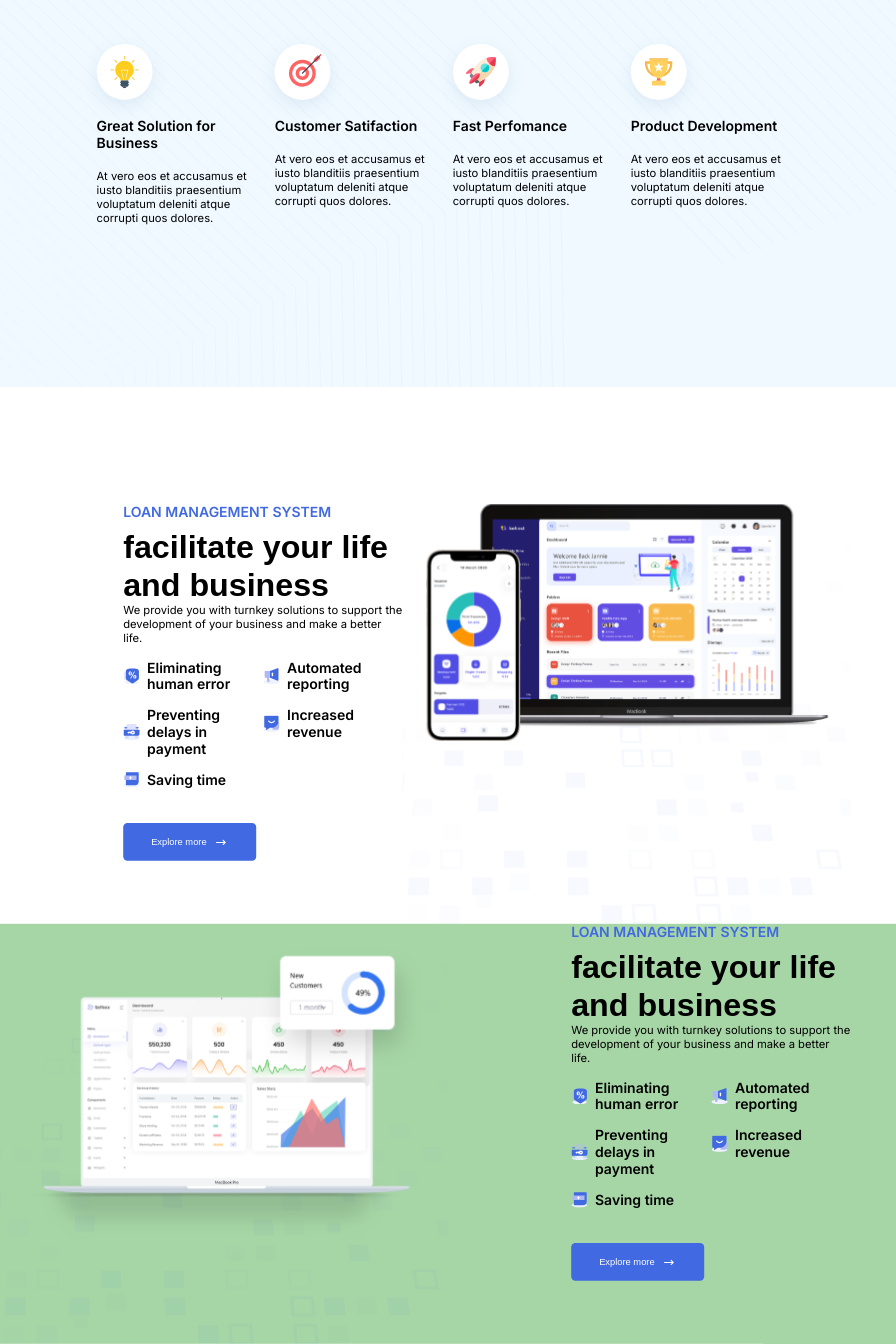
Repository: Chamsmey/static-html-css
Page: index.html
These files come from the project's save history. The page is drawn as it stood at one moment and after a run of saves; the edit follows.
The browser window is 1280 px wide. The pictures show the part of the page from y = 1114 to 3034 px (the page is 3034 px tall), at 70% of full size.
Some web fonts or font styles are not loaded; a fallback is used.

Above is the page before, as saved 2022-11-15 16:50:02.

After the next 2 saves:
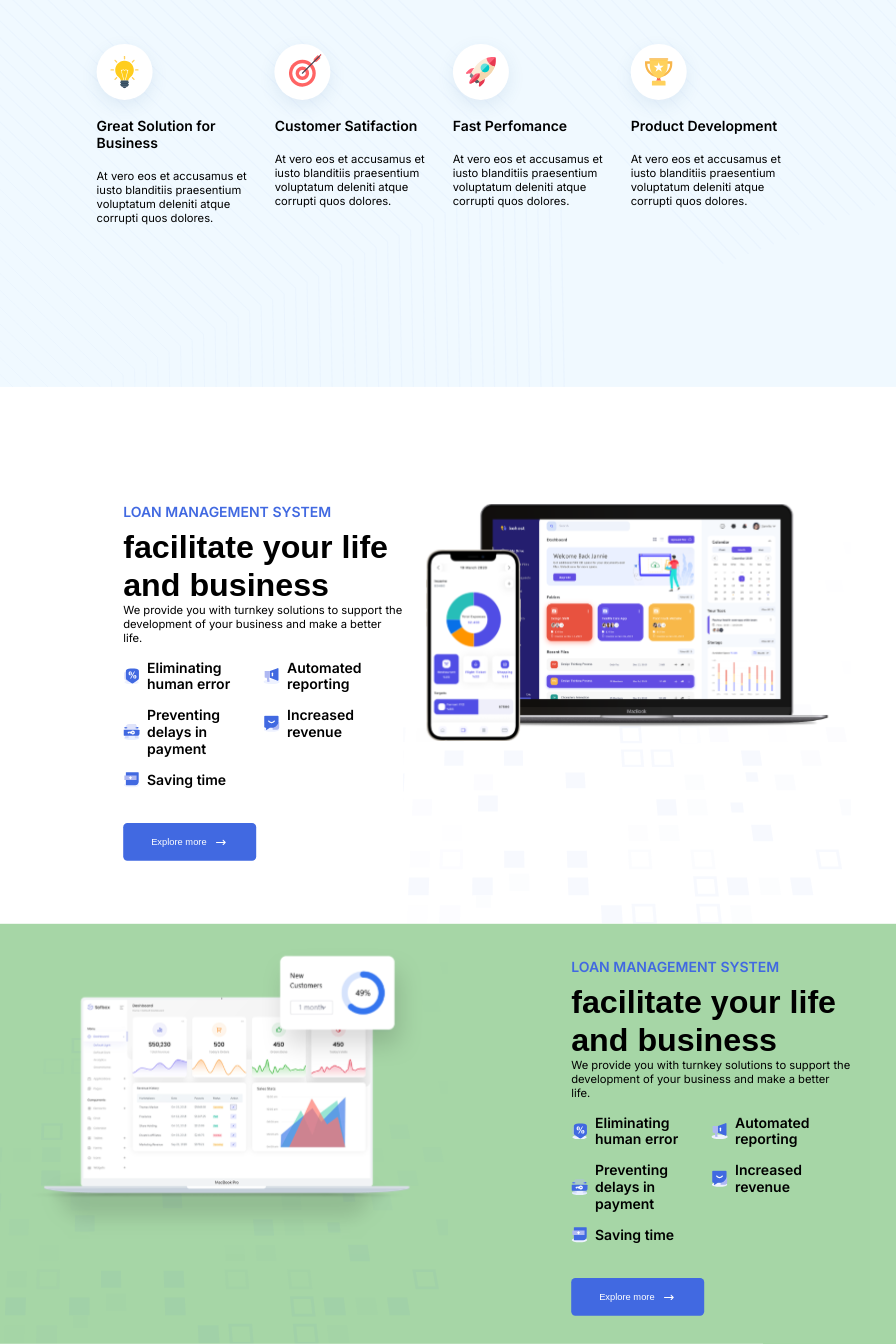
The 2 saves are shown as one change because they came seconds apart.
The last was saved 9 s later.
--- a/index.html
+++ b/index.html
@@ -214,7 +214,7 @@
             <div class="product_bg">
                 <img src="./images/products/products.svg" alt="">
             </div>
-            <div class="product_description mt_25">
+            <div class="product_description mt_50">
                 <h4 class="text_sm text_upper color_primary">Loan Management system</h4>
                 <h1 class="text_3xl mt_10">
                     facilitate your life and business
